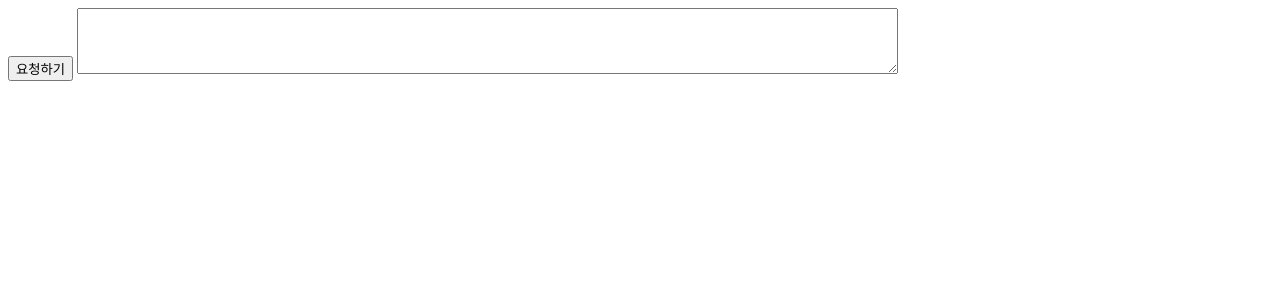
Repository: popconnect/jQuery
Page: http://localhost/AjaxEx01/ajax1.jsp
These files come from the project's save history. The page is drawn as it stood at one moment and after the next save; the edit follows.
The browser window is 1280 px wide. The pictures show the whole page.
The page is served by Tomcat 9. Other server files are loaded and not shown.

Above is the page before, as saved 2023-05-12 05:16:08.

### AjaxEx01/src/main/webapp/ajax1.jsp
<%@ page language="java" contentType="text/html; charset=UTF-8"
    pageEncoding="UTF-8"%>

<!DOCTYPE html>
<html>
<head>
<meta charset="UTF-8">
<title>Insert title here</title>
<script type="text/javascript">
	window.onload = function() {
		document.getElementById('btn').onclick = function() {
			const request = new XMLHttpRequest();

			request.onreadystatechange = function() {
				//console.log(request.readyState);
				if(request.readyState == 4) {
					if(request.status == 200) {
						//console.log(request.responseText);
						document.getElementById('ta').value = request.responseText;
					} else {
						alert('페이지 오류');
					}
				}
			};
			request.open('get', 'csv1.jsp', true);
			request.send();
		};
	};
</script>
</head>
<body>
<button id='btn'> 요청하기 </button>
<textarea id ='ta' rows="4" cols="100"></textarea>
</body>
</html>

After the next save:
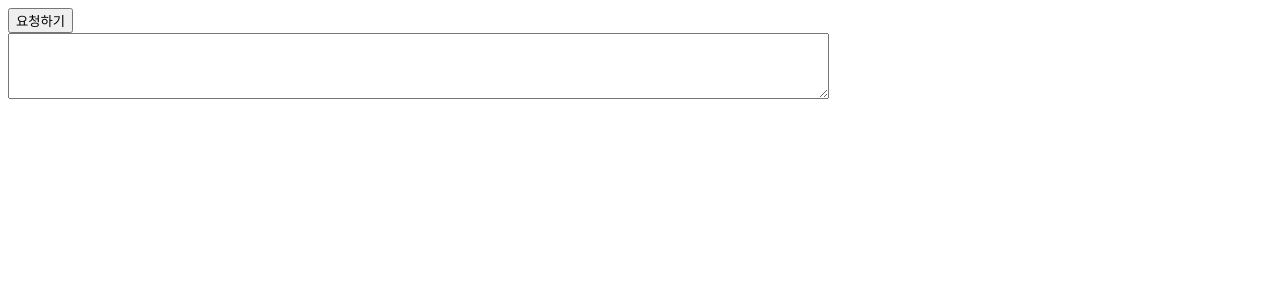
Saved 2 min 32 s later.
--- a/AjaxEx01/src/main/webapp/ajax1.jsp
+++ b/AjaxEx01/src/main/webapp/ajax1.jsp
@@ -16,7 +16,9 @@
 				if(request.readyState == 4) {
 					if(request.status == 200) {
 						//console.log(request.responseText);
-						document.getElementById('ta').value = request.responseText;
+						//document.getElementById('ta').value = request.responseText;
+
+
 					} else {
 						alert('페이지 오류');
 					}
@@ -29,7 +31,7 @@
 </script>
 </head>
 <body>
-<button id='btn'> 요청하기 </button>
+<button id='btn'> 요청하기 </button><br />
 <textarea id ='ta' rows="4" cols="100"></textarea>
 </body>
 </html>
